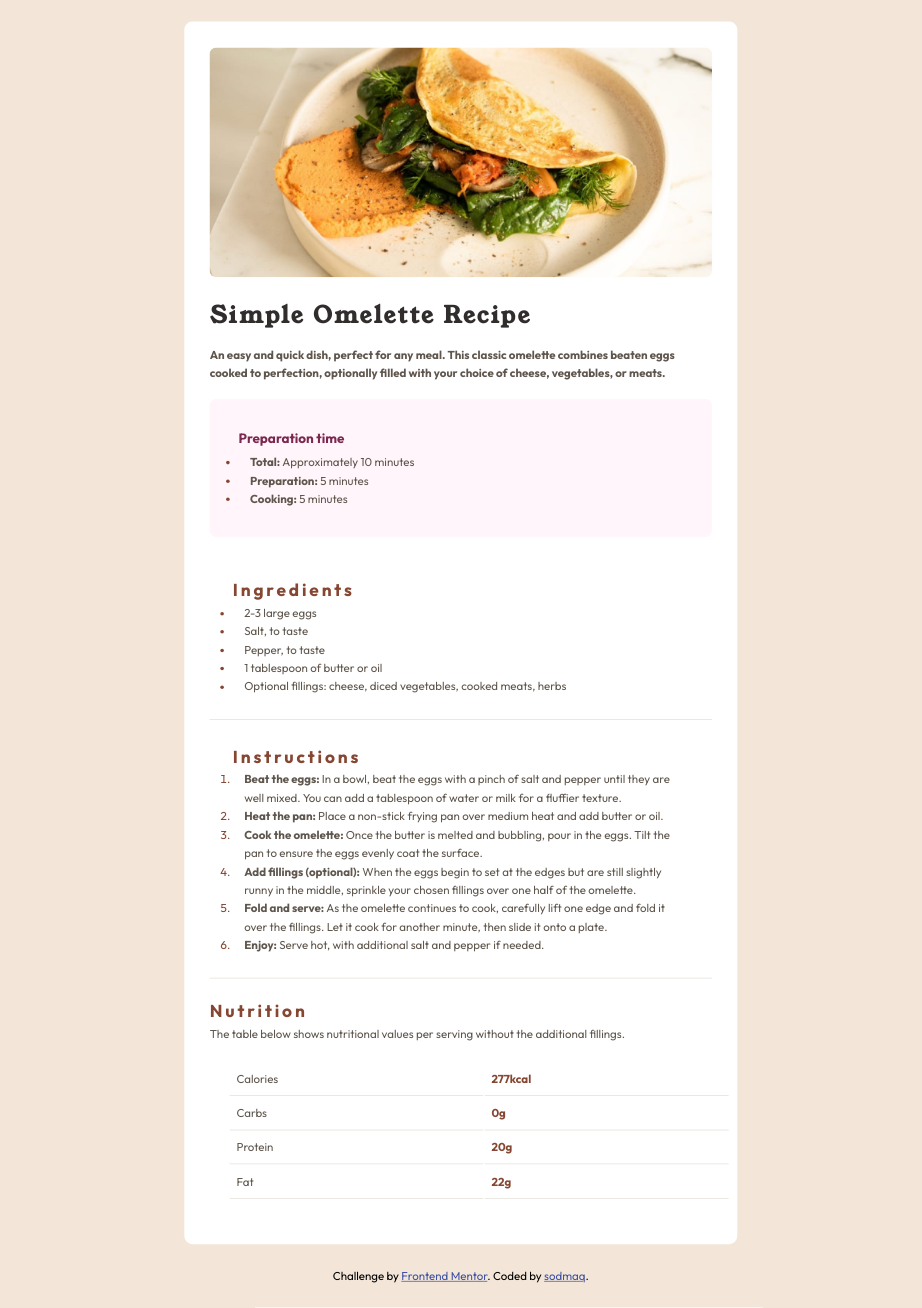
Repository: sodmaq/recipe-page-
Page: index.html
These files come from the project's save history. The page is drawn as it stood at one moment and after the next save; the edit follows.
The browser window is 1280 px wide. The pictures show the whole page, at 72% of full size.

Above is the page before, as saved 2024-09-08 03:39:29.

### index.html
<!DOCTYPE html>
<html lang="en">
  <head>
    <meta charset="UTF-8" />
    <meta name="viewport" content="width=device-width, initial-scale=1.0" />
    <link rel="preconnect" href="https://fonts.googleapis.com" />
    <link rel="preconnect" href="https://fonts.gstatic.com" crossorigin />
    <link
      href="https://fonts.googleapis.com/css2?family=Outfit:wght@400;600;700&family=Young+Serif&display=swap"
      rel="stylesheet"
    />
    <link
      rel="icon"
      type="image/png"
      sizes="32x32"
      href="./assets/images/favicon-32x32.png"
    />
    <link rel="stylesheet" href="/style.css" />
    <title>Frontend Mentor | Recipe page</title>
  </head>
  <body>
    <main class="container">
      <img src="/assets/images/image-omelette.jpeg" alt="image-omelette" />
      <div class="heading-text">
        <h1 class="title">Simple Omelette Recipe</h1>
        <p class="paragraph">
          An easy and quick dish, perfect for any meal. This classic omelette
          combines beaten eggs cooked to perfection, optionally filled with your
          choice of cheese, vegetables, or meats.
        </p>
      </div>
      <div class="preparation-section">
        <h3>Preparation time</h3>
        <ul>
          <li><span>Total:</span> Approximately 10 minutes</li>
          <li><span>Preparation:</span> 5 minutes</li>
          <li><span>Cooking:</span> 5 minutes</li>
        </ul>
      </div>
      <section>
        <div class="ingredients">
          <h2>Ingredients</h2>
          <ul>
            <li>2-3 large eggs</li>
            <li>Salt, to taste</li>
            <li>Pepper, to taste</li>
            <li>1 tablespoon of butter or oil</li>
            <li>
              Optional fillings: cheese, diced vegetables, cooked meats, herbs
            </li>
          </ul>
        </div>
        <div class="instructions">
          <ol>
            <h2>Instructions</h2>
            <li>
              <span> Beat the eggs: </span> In a bowl, beat the eggs with a
              pinch of salt and pepper until they are well mixed. You can add a
              tablespoon of water or milk for a fluffier texture.
            </li>
            <li>
              <span> Heat the pan: </span>Place a non-stick frying pan over
              medium heat and add butter or oil.
            </li>
            <li>
              <span> Cook the omelette: </span> Once the butter is melted and
              bubbling, pour in the eggs. Tilt the pan to ensure the eggs evenly
              coat the surface.
            </li>
            <li>
              <span> Add fillings (optional):</span> When the eggs begin to set
              at the edges but are still slightly runny in the middle, sprinkle
              your chosen fillings over one half of the omelette.
            </li>
            <li>
              <span> Fold and serve:</span> As the omelette continues to cook,
              carefully lift one edge and fold it over the fillings. Let it cook
              for another minute, then slide it onto a plate.
            </li>
            <li>
              <span>Enjoy:</span> Serve hot, with additional salt and pepper if
              needed.
            </li>
          </ol>
        </div>
        <div class="nutrition-section">
          <h2>Nutrition</h2>
          <p>
            The table below shows nutritional values per serving without the
            additional fillings.
          </p>
          <table class="table">
            <tr>
              <td>Calories</td>
              <th>277kcal</th>
            </tr>
            <tr>
              <td>Carbs</td>
              <th>0g</th>
            </tr>
            <tr>
              <td>Protein</td>
              <th>20g</th>
            </tr>
            <tr>
              <td>Fat</td>
              <th>22g</th>
            </tr>
          </table>
        </div>
      </section>
    </main>

    <footer class="attribution">
      Challenge by
      <a href="https://www.frontendmentor.io?ref=challenge" target="_blank"
        >Frontend Mentor</a
      >. Coded by <a href="#">sodmaq</a>.
    </footer>
  </body>
</html>

### style.css
* {
  margin: 0;
  padding: 0;
  box-sizing: border-box;
}

:root {
  /* Primary color */
  --Nutmeg-color: hsl(14, 45%, 36%);
  --Dark-Raspberry: hsl(332, 51%, 32%);

  /* Neutral color */
  --White-color: hsl(0, 0%, 100%);
  --Rose-White: hsl(330, 100%, 98%);
  --Eggshell-background-color: hsl(30, 54%, 90%);
  --Light-Grey: hsl(30, 18%, 87%);
  --Wenge-Brown: hsl(30, 10%, 34%);
  --Dark-Charcoal: hsl(24, 5%, 18%);
}

body {
  font-family: "Outfit", sans-serif;
  background-color: var(--Eggshell-background-color);
  padding: 1.9rem 2.5rem;
  min-height: 100vh;
  display: flex;
  justify-content: center;
  align-items: center;
  flex-direction: column;
  gap: 2rem;
  line-height: 1.6;
}

.ingredients,
.preparation-section {
  margin-top: 1.4rem;
}

.paragraph,
.ingredients,
.instructions,
.instructions li span,
.preparation-section,
.preparation-section li span,
.nutrition-section,
.gram {
  color: var(--Wenge-Brown);
}

.container {
  background-color: var(--White-color);
  padding: 2.2rem;
  margin: auto;
  max-width: 48rem;
  border-radius: 0.7rem;
}

img {
  display: block;
  max-width: 100%;
  border-radius: 0.6rem;
}

.title {
  font-family: "Young Serif", serif;
  margin-top: 1.8rem;
  letter-spacing: 0.2rem;
  color: var(--Dark-Charcoal);
}

.paragraph {
  font-weight: bold;
  margin-top: 1rem;
  max-width: 100%;
  margin-bottom: 1rem;
}

/* PREPARATION SECTION */

.preparation-section {
  font-family: "Outfit", sans-serif;
  background: var(--Rose-White);
  padding: 2.5rem;
  border-radius: 0.6rem;
}

.preparation-section h3 {
  color: var(--Dark-Raspberry);
  font-weight: bold;
  margin-bottom: 5px;
}

.preparation-section li span {
  font-weight: bold;
}

/*  INGREDIENTS H2, INSTRUCTIONS H2 and NUTRITION SECTION H2 */

.ingredients h2,
.instructions h2,
.nutrition-section h2 {
  letter-spacing: 4px;
  color: var(--Nutmeg-color);
}

/* UNORDERED &ORDERED ITEM */
ul li,
ol li {
  padding-left: 1rem;
}

li::marker {
  color: var(--Nutmeg-color);
}

/* HORIZONTAL LINES */
.ingredients,
.instructions {
  border-bottom: 1px solid var(--Light-Grey);
  padding: 2rem;
}

/* INSTRUCTION  */

.instructions {
  font-size: 1rem;
}

.instructions ol li span {
  font-weight: bold;
}

/* Nutrition section */
.nutrition-section {
  margin-top: 1.6rem;
}

.table {
  width: 100%;
  margin: 1.6rem;
}

th,
td {
  padding: 0.6rem;
  text-align: left;
  border-bottom: 1px solid var(--Light-Grey);
}

th {
  color: var(--Nutmeg-color);
}

@media only screen and (max-width: 375px) {
  body {
    padding: 0;
    background-color: transparent;
  }
  .container {
    padding: 0;
    max-width: 100vw;
    border-radius: 0;
  }

  .heading-text {
    padding: 1rem;
  }

  img {
    border-radius: 0;
  }

  .title {
    font-size: 1.6rem;
    margin-top: 1rem;
    line-height: 1.6rem;
  }

  .paragraph {
    font-weight: 400;
  }

  .preparation-section {
    margin: 1rem;
  }

  .nutrition-section {
    margin: 1rem;
    font-size: 0.9rem;
  }
}

/* Footer */

.attribution {
  font-size: 1rem;
  text-align: center;
}

.attribution a {
  color: hsl(228, 45%, 44%);
}

After the next save:
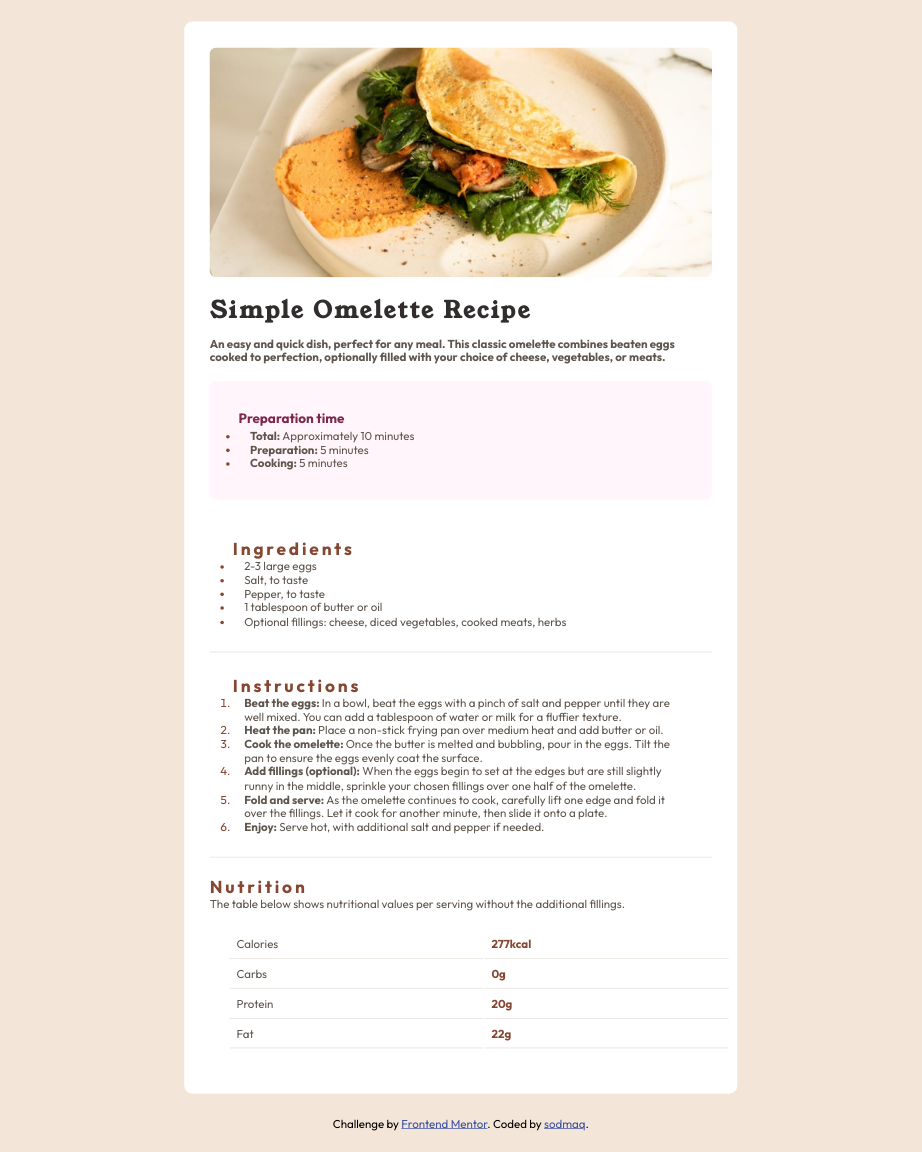
Saved 2 min 1 s later.
--- a/style.css
+++ b/style.css
@@ -28,7 +28,7 @@
   align-items: center;
   flex-direction: column;
   gap: 2rem;
-  line-height: 1.6;
+  line-height: 1.2;
 }
 
 .ingredients,

After the save that followed:
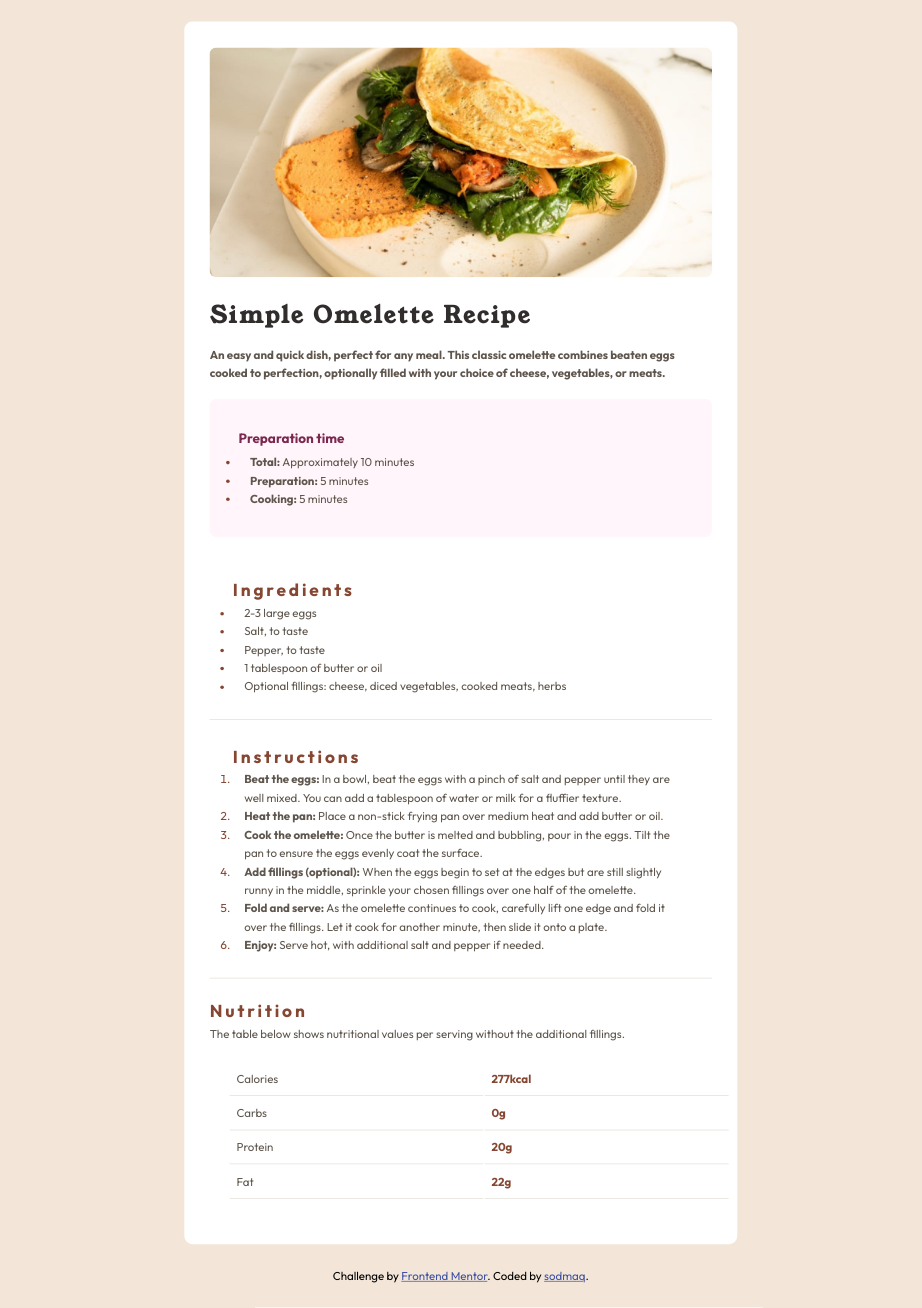
Saved 9 s later.
--- a/style.css
+++ b/style.css
@@ -28,7 +28,7 @@
   align-items: center;
   flex-direction: column;
   gap: 2rem;
-  line-height: 1.2;
+  line-height: 1.6;
 }
 
 .ingredients,
